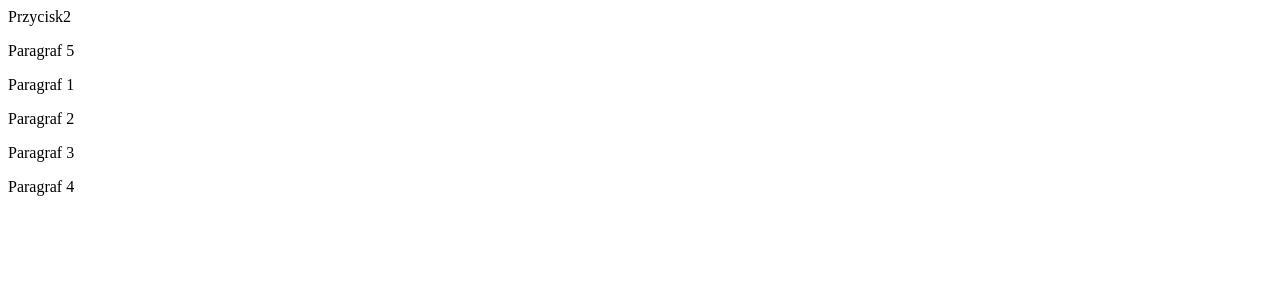
Repository: magdaf41/jQuery
Page: zadanie 2/index.html
The author's editor kept a copy of each file at every save. The page is drawn from the files as they stood at one save, then again after the next save.
The browser window is 1280 px wide. The pictures show the whole page.
After loading, the first visible `#button` was clicked once.
Some web libraries are served in a nearby version.

Above is the page before, as saved 2020-09-10 21:49:49.

After the next save:
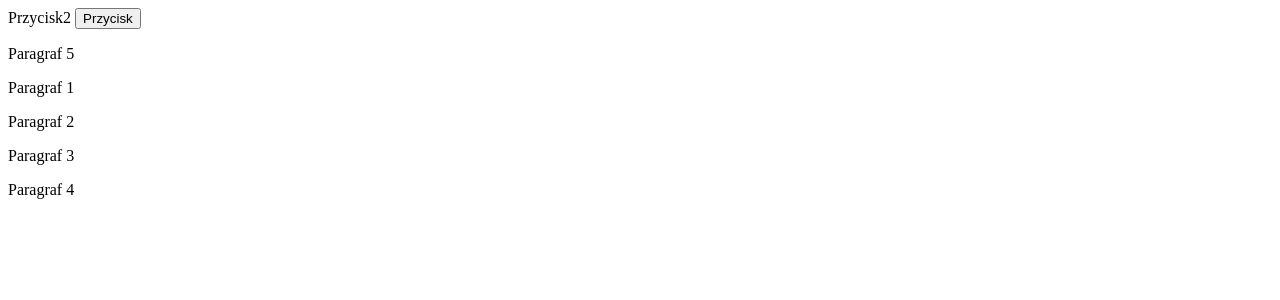
Saved 14 s later.
--- a/zadanie 2/js/main.js
+++ b/zadanie 2/js/main.js
@@ -3,6 +3,6 @@ $(document).ready(function () {
 $('#button').click(function() {
   $('.fifth').insertBefore('.first');
 
-  $('div').html('<button1 class="button1">Przycisk2</button1>');
+  $('div').prepend('<button1 class="button1">Przycisk2</button1>');
 })
 });
